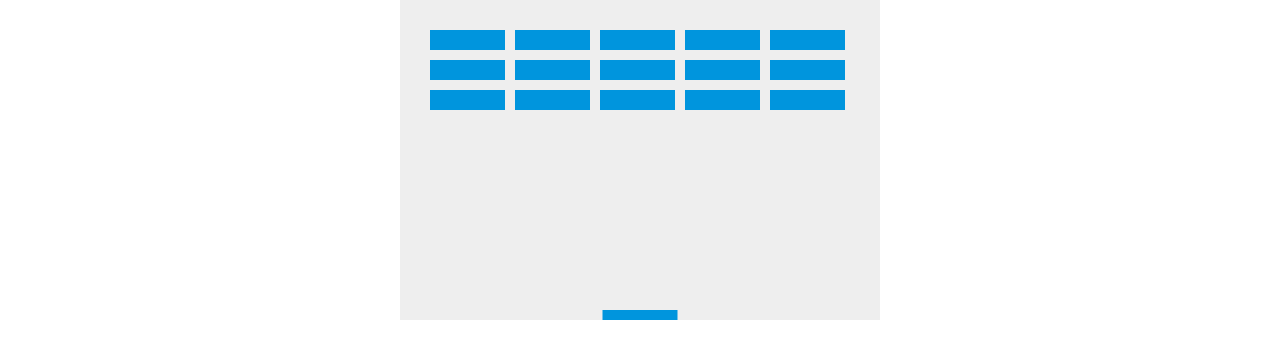
Repository: GoodHoneyCake/2D_breakout_game
Page: index.html
These files come from the project's save history. The page is drawn as it stood at one moment and after the next save; the edit follows.
The browser window is 1280 px wide. The pictures show the whole page.

Above is the page before, as saved 2020-12-28 18:39:02.

After the next save:
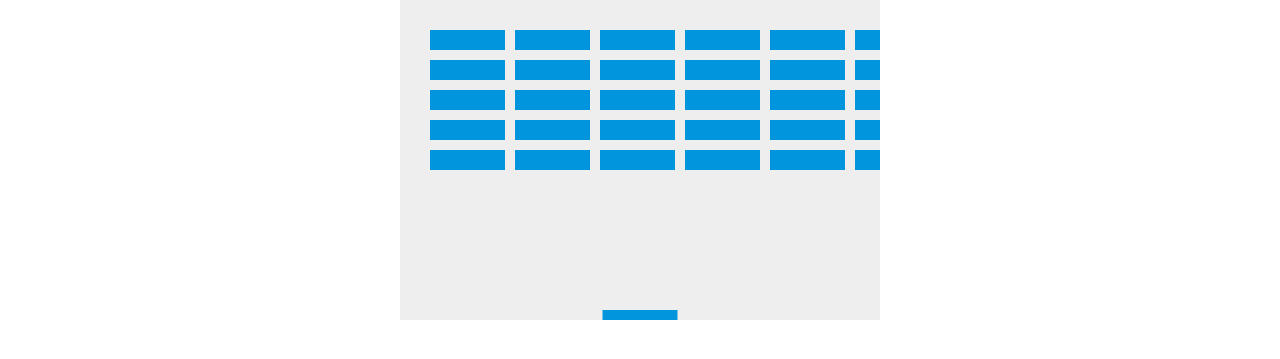
Saved 13 s later.
--- a/main.js
+++ b/main.js
@@ -16,8 +16,8 @@
 let rightPressed = false;
 let leftPressed = false;
 
-let brickRowCount = 3;
-let brickColumnCount = 5;
+let brickRowCount = 5;
+let brickColumnCount = 7;
 let brickWidth = 75;
 let brickHeight = 20;
 let brickPadding = 10;
